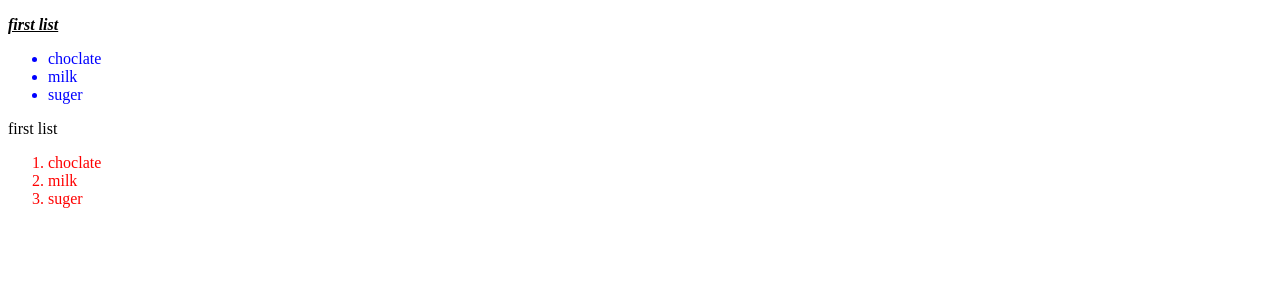
Repository: AlonHarpaz/FullStack_Bootcamp_May_2021
Page: html/week 1/2.2 - Lists/index.html
The author's editor kept a copy of each file at every save. The page is drawn from the files as they stood at one save, then again after the next save.
The browser window is 1280 px wide. The pictures show the whole page.

Above is the page before, as saved 2021-05-10 19:21:29.

### html/week 1/2.2 - Lists/index.html
<!DOCTYPE html>
<html lang="en">
<head>
 <meta charset="UTF-8">
 <meta http-equiv="X-UA-Compatible" content="IE=edge">
 <meta name="viewport" content="width=device-width, initial-scale=1.0">
 <title>Document</title>
</head>
<body>

 <p><u><b><i>first list</i></b></u></p>
<ul style="color: blue;">
 <li>choclate</li>
 <li>milk</li>
 <li>suger</li>
</ul>

<p>first list</p>
<ol style="color: red;">
 <li>choclate</li>
 <li>milk</li>
 <li>suger</li>
</ol>

</body>
</html>

After the next save:
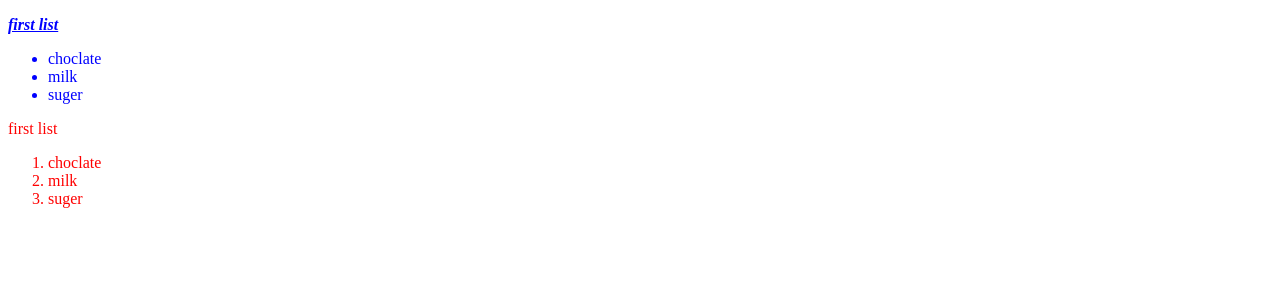
Saved 45 s later.
--- a/html/week 1/2.2 - Lists/index.html
+++ b/html/week 1/2.2 - Lists/index.html
@@ -8,14 +8,14 @@
 </head>
 <body>
 
- <p><u><b><i>first list</i></b></u></p>
+ <p style="color: blue;"><u><b><i>first list</i></b></u></p>
 <ul style="color: blue;">
  <li>choclate</li>
  <li>milk</li>
  <li>suger</li>
 </ul>
 
-<p>first list</p>
+<p style="color: red;">first list</p>
 <ol style="color: red;">
  <li>choclate</li>
  <li>milk</li>
